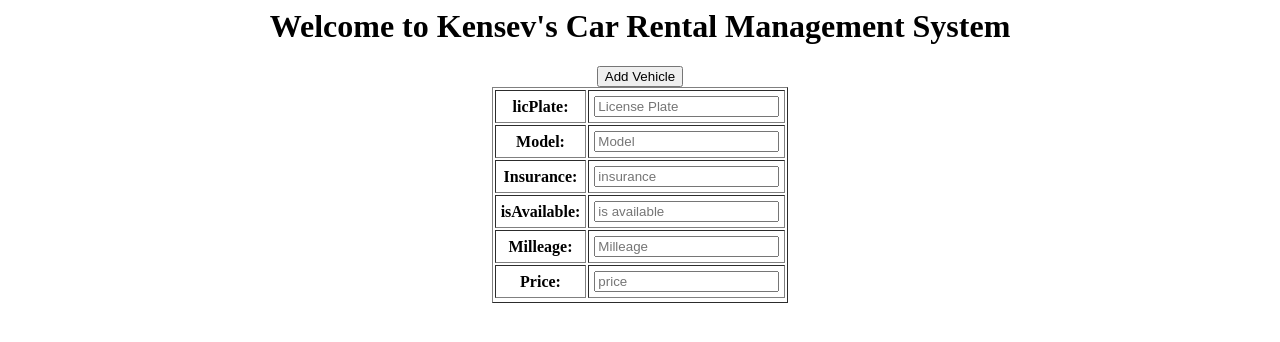
Repository: kensevv/nevexisDemos
Page: http://localhost/Car_Rental_Management_System/VehicleForm.jsp
An editor plug-in stored every save of this project. The page is shown before and after the next save, followed by the edit.
The browser window is 1280 px wide. The pictures show the whole page.
The page is served by Tomcat 9. Nobody is signed in. The application's start-up code is not run.

Above is the page before, as saved 2021-03-24 17:44:18.

After the next save:
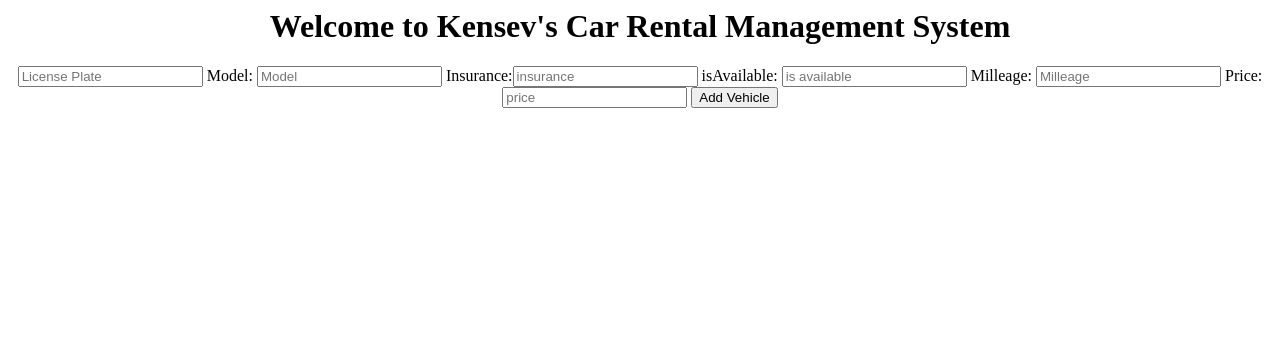
Saved 76 s later.
--- a/Car_Rental_Management_System/src/main/webapp/VehicleForm.jsp
+++ b/Car_Rental_Management_System/src/main/webapp/VehicleForm.jsp
@@ -11,24 +11,16 @@
 	</center>
 	<div align="center">
 
-			<table border="1" cellpadding="5">
-				<tr>
-					<th>licPlate:</th>
-					<td><input type="text" name="licPlate"
-						placeholder="License Plate"></input></td>
-				</tr>
-				<tr>
-					<th>Model:</th>
-					<td><input type="text" name="model" placeholder="Model"></input>
-					</td>
-				</tr>
-				<tr>
-					<th>Insurance:</th>
-					<td><input type="text" name="insurance"
-						placeholder="insurance"></input></td>
-				</tr>
-				<tr>
-					<th>isAvailable:</th>
+
+			<form action="insert" method="get">
+
+					<input type="text" name="licPlate"
+						placeholder="License Plate"></input>
+			Model:
+					<input type="text" name="model" placeholder="Model"></input>
+				Insurance:<input type="text" name="insurance"
+						placeholder="insurance"></input>
+				isAvailable:</th>
 					<td><input type="text" name="isAvailable"
 						placeholder="is available"></input></td>
 				</tr>
